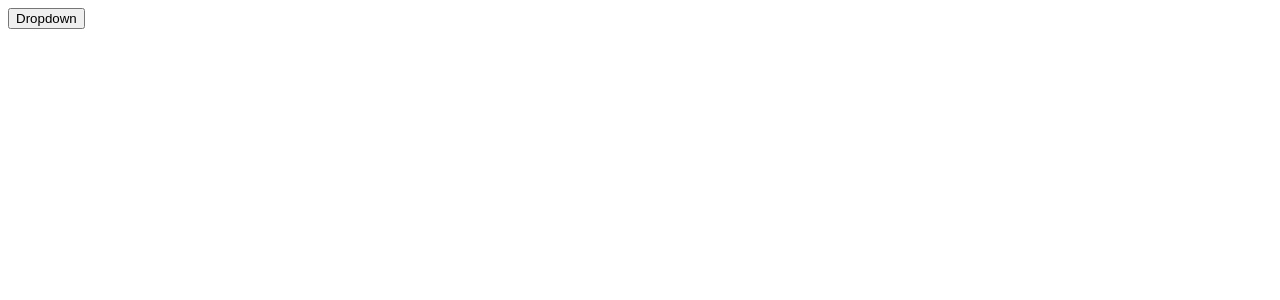
Repository: nvngon2604/Git
Page: web/index.html
An editor plug-in stored every save of this project. The page is shown before and after the next save, followed by the edit.
The browser window is 1280 px wide. The pictures show the whole page.

Above is the page before, as saved 2020-05-10 17:25:56.

After the next save:
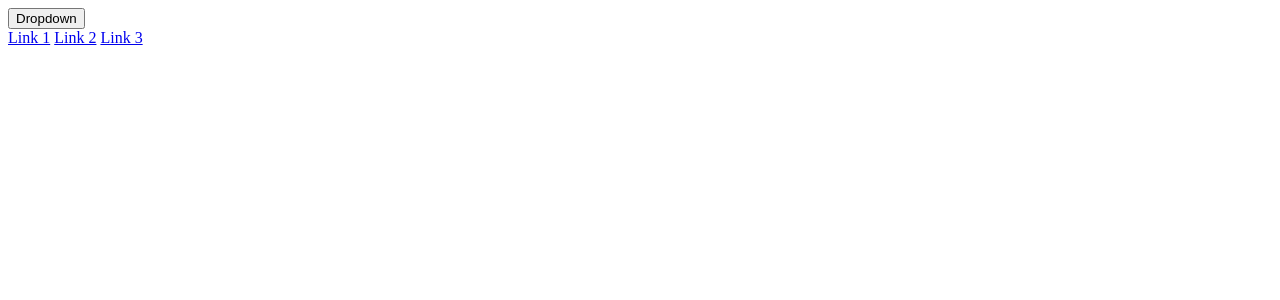
Saved 34 s later.
--- a/web/index.html
+++ b/web/index.html
@@ -11,6 +11,11 @@
         <div>
             <button type="button" class="dropbtn">Dropdown</button>
         </div>
+        <div class="dropdown-content">
+            <a href="#">Link 1</a>
+            <a href="#">Link 2</a>
+            <a href="#">Link 3</a>
+        </div>
     </div>
 </body>
 </html>
